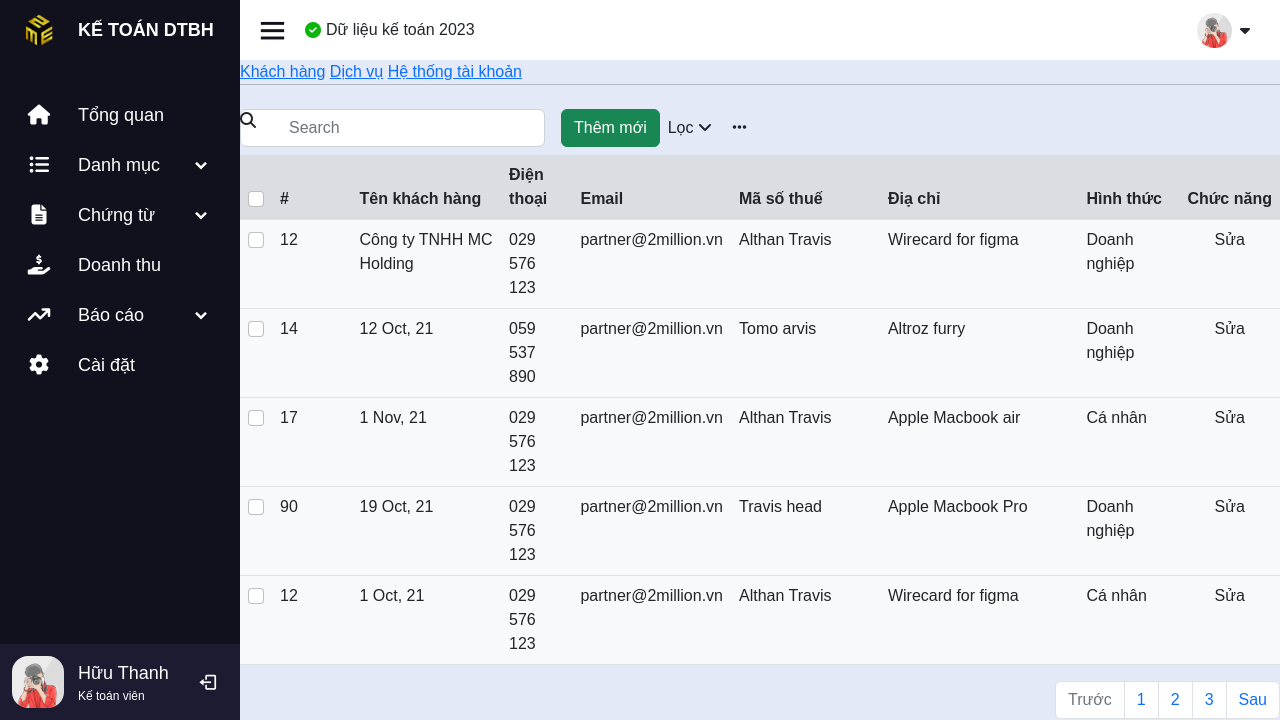
Repository: huuthanhdev/PhanMemKeToan
Page: pages/customer.html
An editor plug-in stored every save of this project. The page is shown before and after a run of saves, followed by the edit.
The browser window is 1280 px wide. The pictures show the whole page.
Some web fonts or font styles are not loaded; a fallback is used. Some web libraries are served in a nearby version.

Above is the page before, as saved 2023-03-24 16:54:16.

After the next 2 saves:
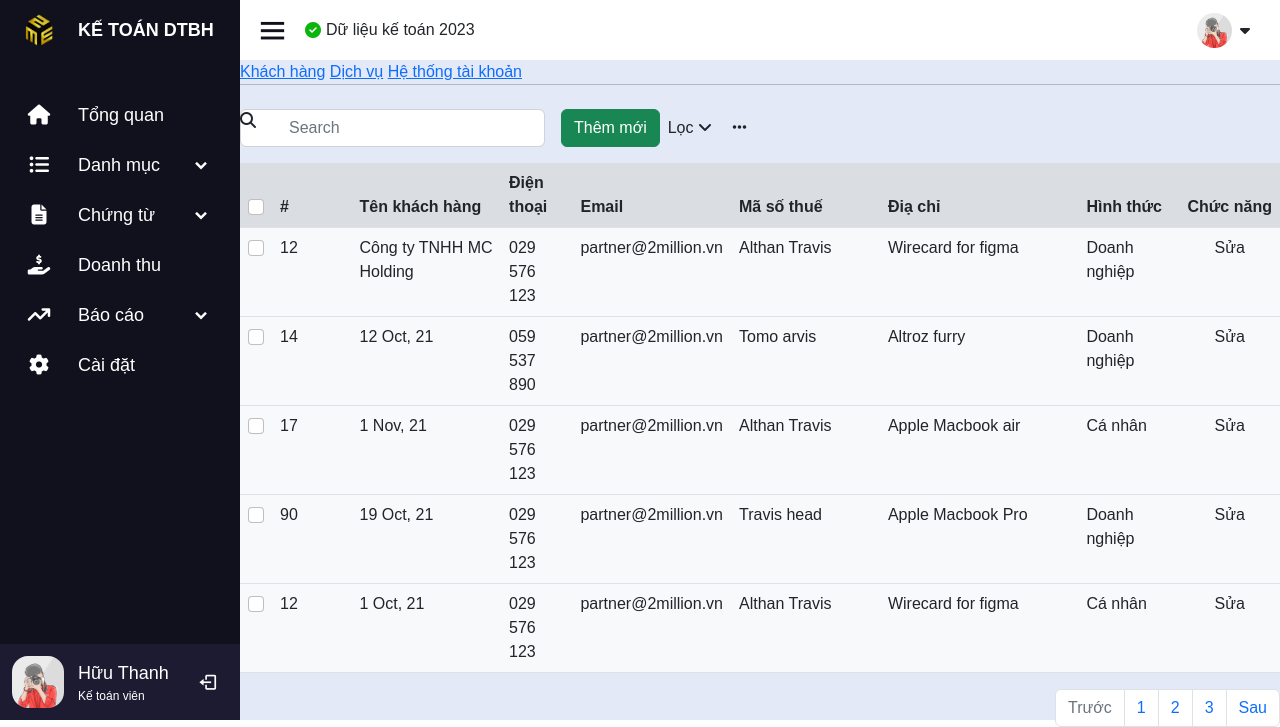
The 2 saves are shown as one change because they came seconds apart.
The last was saved 42 s later.
--- a/pages/customer.html
+++ b/pages/customer.html
@@ -138,7 +138,7 @@
         <hr class="mt-0 mb-4">
         <!-- table -->
         <div class="container-fluid mt-0 px-0">
-          <div class="container-tab mb-2 d-flex justify-content-start align-items-center">
+          <div class="mb-3 d-flex justify-content-start align-items-center">
               <div class="position-relative">
                   <span class="position-absolute search"><i class="fa fa-search"></i></span>
                   <input class="form-control w-100 px-5 m-0" placeholder="Search">
